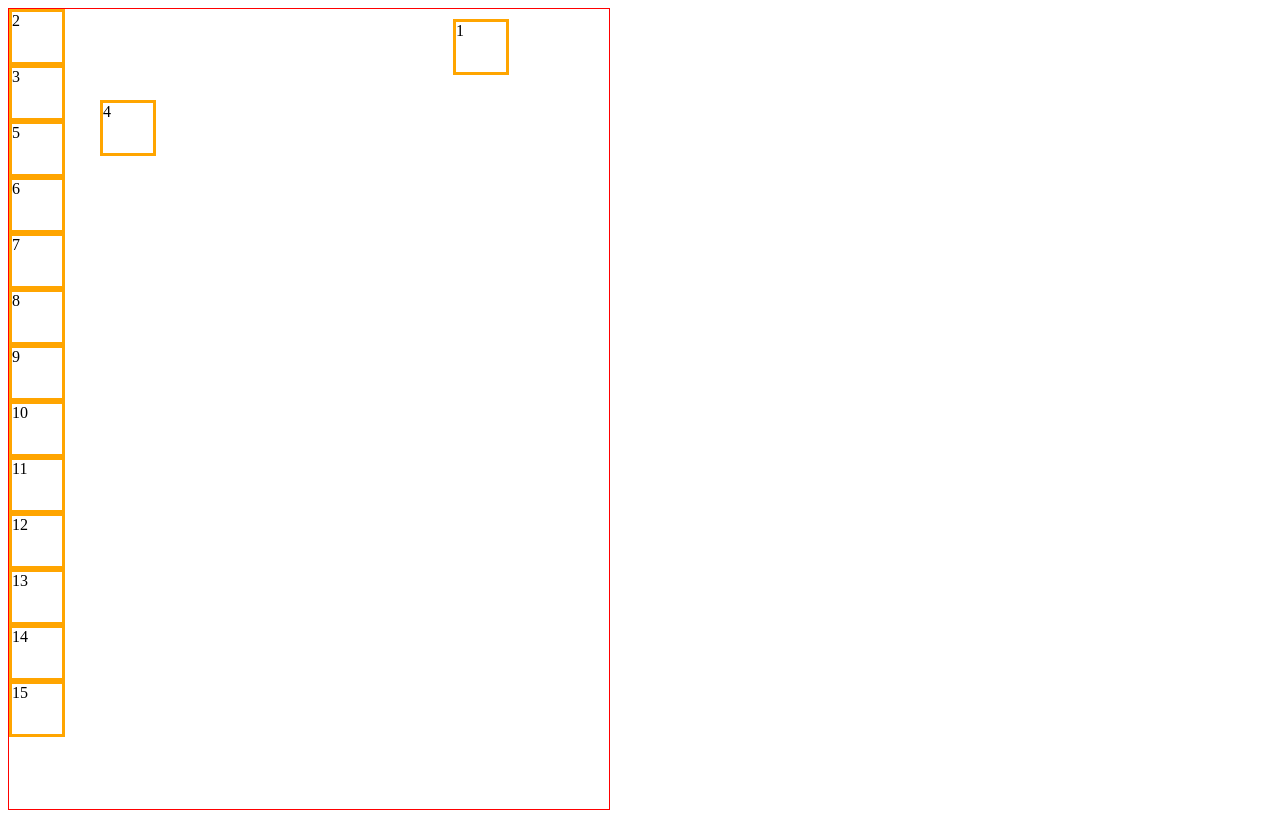
Repository: nanfengovo/CSS
Page: position.html
The author's editor kept a copy of each file at every save. The page is drawn from the files as they stood at one save, then again after the next save.
The browser window is 1280 px wide. The pictures show the whole page.

Above is the page before, as saved 2025-01-01 11:32:14.

### position.html
<!DOCTYPE html>
<html lang="en">
<head>
    <meta charset="UTF-8">
    <meta name="viewport" content="width=device-width, initial-scale=1.0">
    <title>position</title>
    <style>
        .container1{
            position: absolute;
            top: 10px;
            right: 100px;
        }
        .container4{
            position: fixed;
            top: 100px;
            left: 100px;

        }
        .container{
            width: 600px;
            height: 800px;
            border: 1px solid red;
            position: relative;
        }
        .item{
            width: 50px;
            height: 50px;
            border: 3px solid orange;
        }
    </style>
</head>
<body>
    <div class="container">
        <div class="item container1">1</div>
        <div class="item container2">2</div>
        <div class="item container3">3</div>
        <div class="item container4">4</div>
        <div class="item container5">5</div>
        <div class="item container6">6</div>
        <div class="item container7">7</div>
        <div class="item container8">8</div>
        <div class="item container9">9</div>
        <div class="item container10">10</div>
        <div class="item container11">11</div>
        <div class="item container12">12</div>
        <div class="item container13">13</div>
        <div class="item container14">14</div>
        <div class="item container15">15</div>
    </div>
</body>
</html>

After the next save:
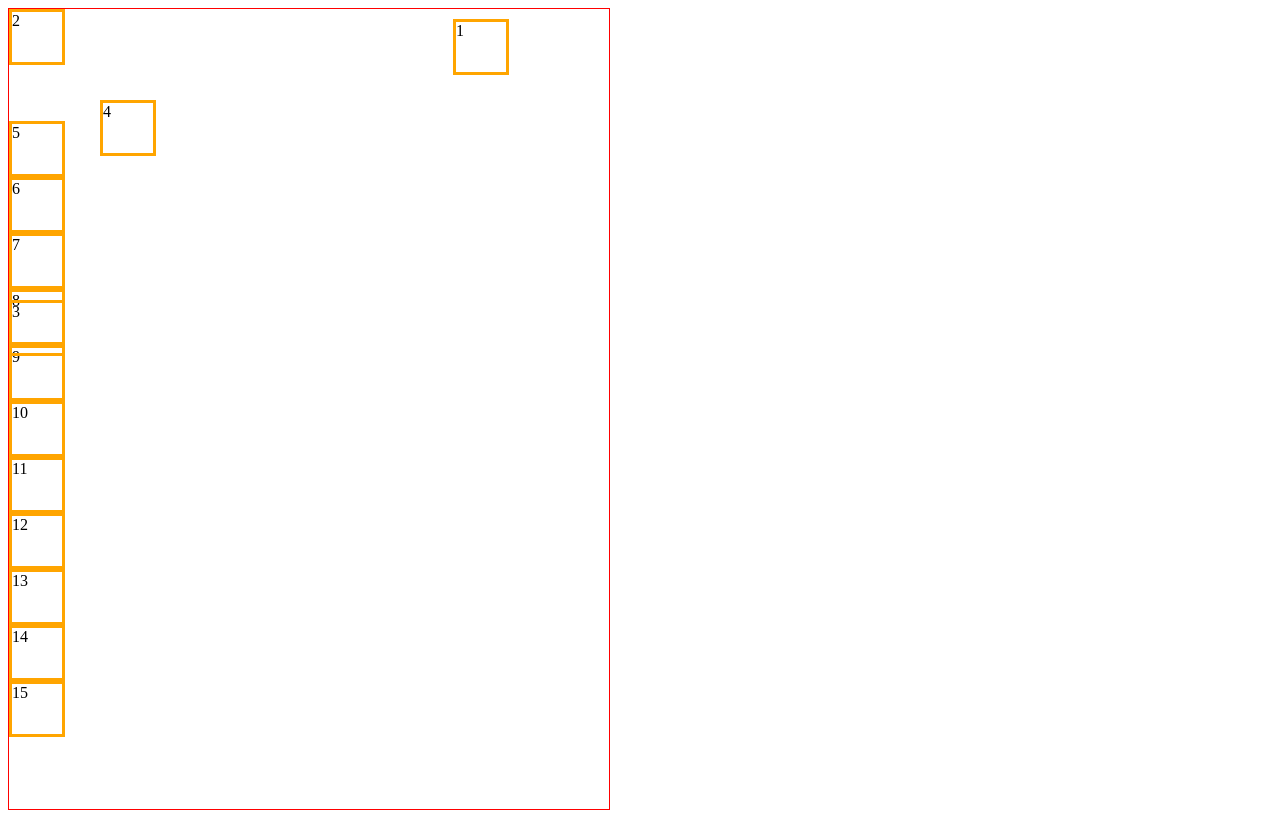
Saved 3 min 14 s later.
--- a/position.html
+++ b/position.html
@@ -15,6 +15,10 @@
             top: 100px;
             left: 100px;
 
+        }
+        .container3{
+            position: sticky;
+            top: 300px;
         }
         .container{
             width: 600px;

After the save that followed:
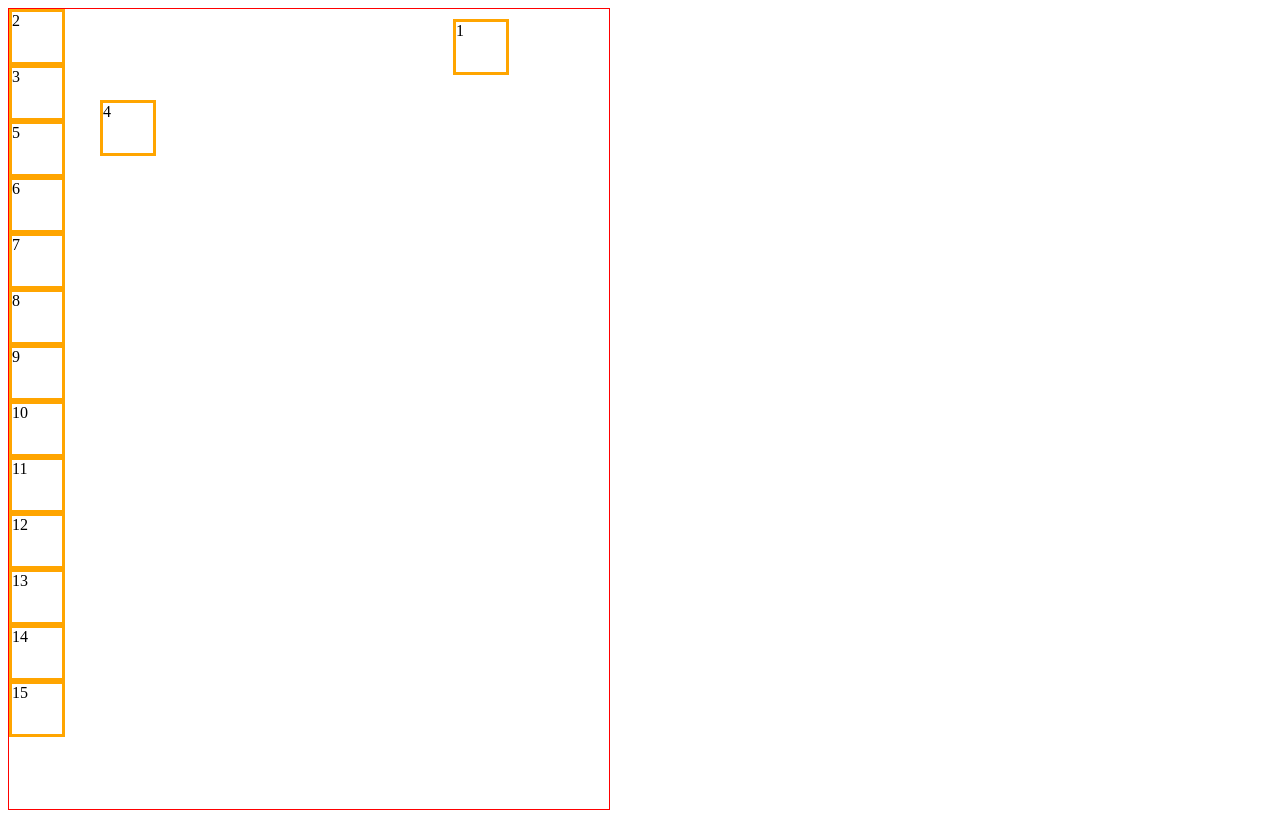
Saved 12 s later.
--- a/position.html
+++ b/position.html
@@ -18,7 +18,7 @@
         }
         .container3{
             position: sticky;
-            top: 300px;
+            top: 30px;
         }
         .container{
             width: 600px;
